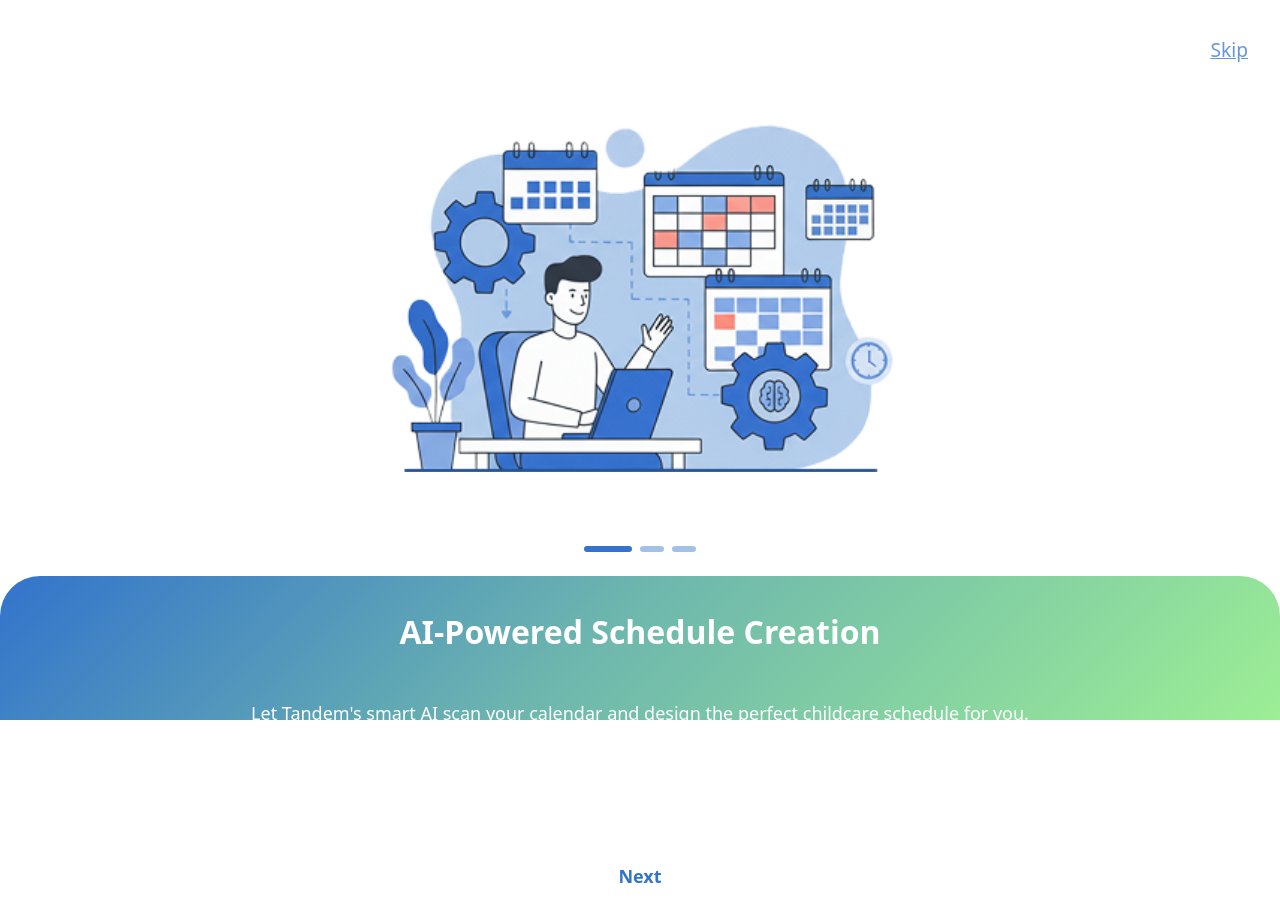
Repository: IDSP-TRADECARE/Tandem
Page: /boarding/features
These files come from the project's save history. The page is drawn as it stood at one moment and after the next save; the edit follows.
The browser window is 1280 px wide. The pictures show the whole page.
The page's requests for data from a server got no answer. Some web fonts or font styles are not loaded; a fallback is used. The project was rebuilt for these pictures with package versions that can differ from the ones it lists, and the page was loaded fresh each time. Some packages were replaced by stand-ins written for this rebuild. The framework's server and built-in components were replaced by stand-ins that run in the browser. No one was signed in, and anything a server would have sent is missing. Also part of the build but not shown: next.config.ts, src/app/components/auth/AuthGuard.tsx.

Above is the page before, as saved 2025-11-23 00:30:54.

After the next save:
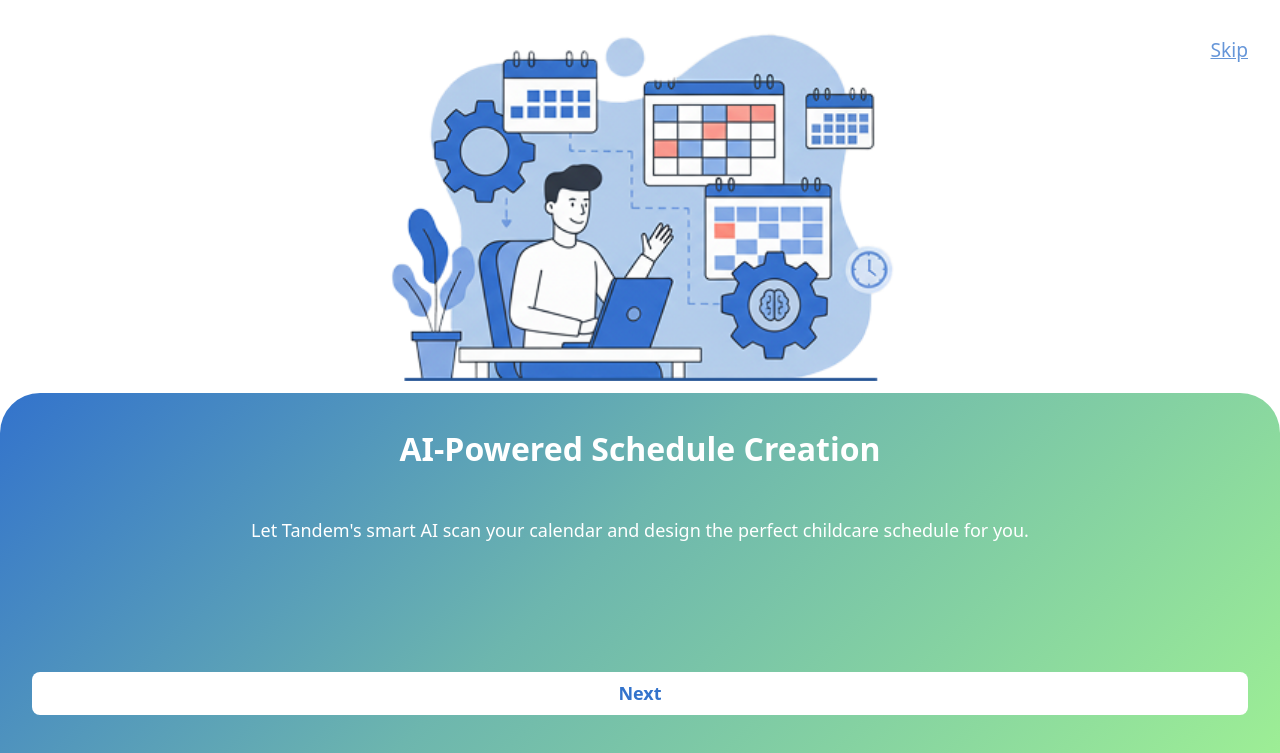
Saved 9 s later.
--- a/src/app/boarding/features/features.module.css
+++ b/src/app/boarding/features/features.module.css
@@ -75,7 +75,7 @@
     border-top-left-radius: 2.5rem;
     border-top-right-radius: 2.5rem;
     padding: 2rem;
-    height: 20vh;
+    height: 50vh;
     width: 100%;
     display: flex;
     flex-direction: column;
